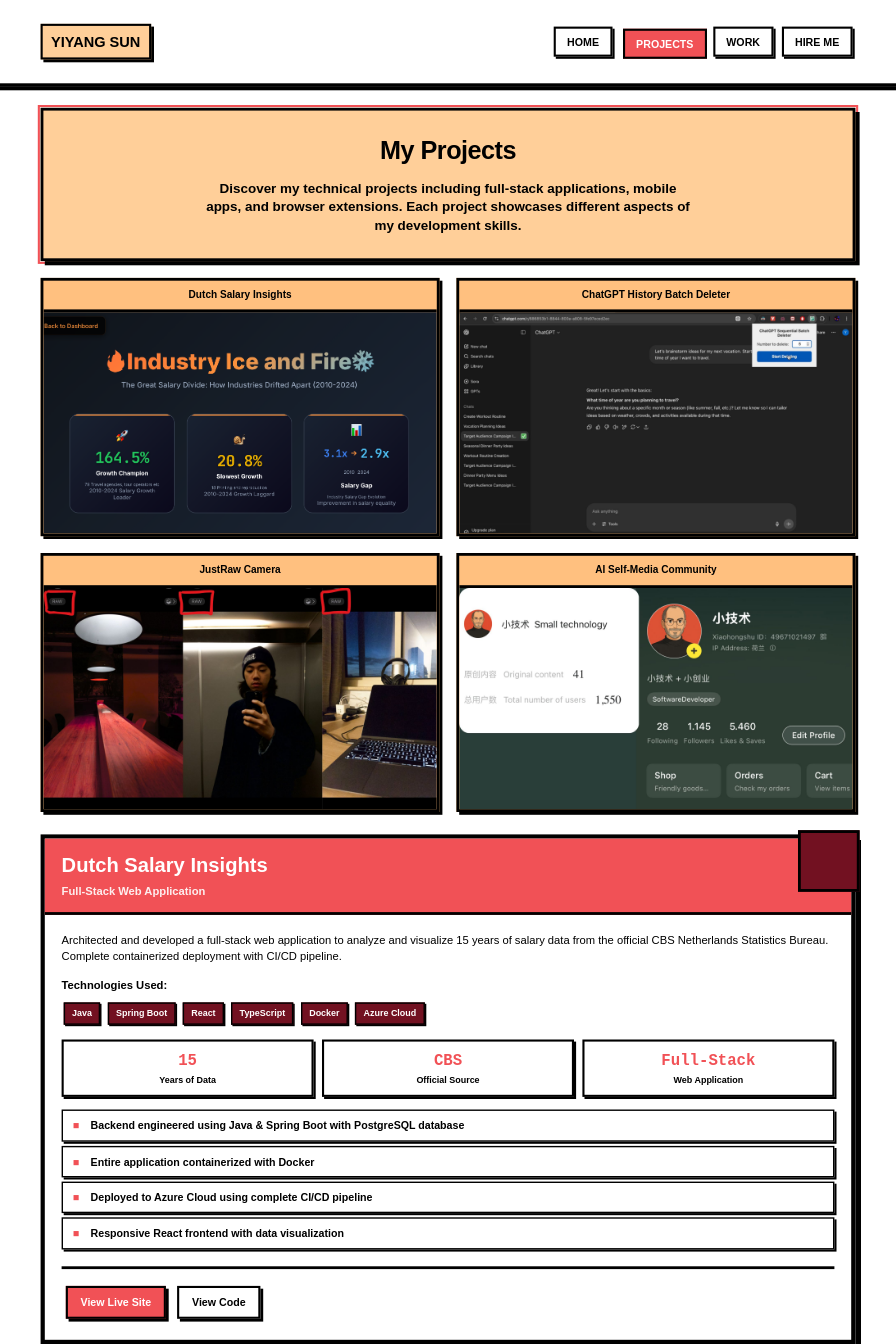
Repository: miloyiyangsun/yiyangsun.github.io
Page: .superdesign/design_iterations/yiyang_projects_v2.html
These files come from the project's save history. The page is drawn as it stood at one moment and after the next save; the edit follows.
The browser window is 1280 px wide. The pictures show the part of the page from y = 0 to 1920 px (the page is 4403 px tall), at 70% of full size.

Above is the page before, as saved 2025-09-03 22:29:40.

### .superdesign/design_iterations/yiyang_projects_v2.html
<!DOCTYPE html>
<html lang="en">
  <head>
    <meta charset="UTF-8" />
    <meta name="viewport" content="width=device-width, initial-scale=1.0" />
    <title>Projects - Yiyang Sun [Neo-Brutalist Portfolio]</title>
    <meta
      name="description"
      content="Technical projects by Yiyang Sun including full-stack applications, mobile apps, and browser extensions. Neo-brutalist design showcase."
    />

    <!-- Neo-Brutalist Theme -->
    <link rel="stylesheet" href="brutalist_theme_v2.css" />

    <style>
      /* Projects-specific brutal styles */
      body {
        padding-top: 120px;
        background: #ffffff;
      }

      .main-container {
        max-width: 1200px;
        margin: 0 auto;
        padding: 18px;
      }

      /* Navigation Layout - Right Align */
      .brutalist-nav .main-container {
        display: flex;
        justify-content: space-between;
        align-items: center;
      }

      .nav-links {
        display: flex;
        gap: 4px;
      }

      /* Navigation Brand - Brutalist */
      .nav-brand {
        background: #ffcf99;
        border: 3px solid #000000;
        padding: 8px 12px;
        box-shadow: 4px 4px 0 #000000;
        font-weight: 900;
      }

      /* Project Navigation - Brutal Cards */
      .project-nav {
        display: grid;
        grid-template-columns: repeat(2, 1fr);
        gap: 24px;
        margin: 24px 0;
      }

      .project-nav-item {
        background: #ffc07f;
        border: 4px solid #000000;
        padding: 0;
        text-align: center;
        text-decoration: none;
        color: #000000;
        font-weight: 900;
        box-shadow: 4px 4px 0 #000000;
        cursor: pointer;
        display: flex;
        flex-direction: column;
        overflow: hidden;
      }

      .project-nav-item img {
        width: 100%;
        aspect-ratio: 16/9;
        object-fit: cover;
        flex: 0 0 auto;
      }

      .project-nav-item .nav-title {
        padding: 12px 8px;
        font-size: 0.9rem;
        flex: 0 0 auto;
        display: flex;
        align-items: center;
        justify-content: center;
        border-bottom: 4px solid #000000;
        min-height: 44px;
        line-height: 1.2;
      }

      .project-nav-item:hover,
      .project-nav-item.active {
        background: #f15156;
        color: #ffffff;
        transform: translate(-2px, -2px);
        box-shadow: 6px 6px 0 #000000;
      }

      .project-nav-item:hover .nav-title,
      .project-nav-item.active .nav-title {
        color: #ffffff;
      }

      /* Project Card - Brutal */
      .project-card {
        background: #ffffff;
        border: 6px solid #000000;
        margin: 32px 0;
        box-shadow: 8px 8px 0 #000000;
        position: relative;
        overflow: visible;
        transition: all 0.15s ease-out;
        cursor: pointer;
      }

      .project-card:hover {
        transform: translate(-4px, -4px);
        box-shadow: 12px 12px 0 #000000;
        background: #ffc07f;
      }

      /* Header保持深色背景确保白色文字可见 */
      .project-card:hover .project-header {
        background: #721121;
        color: #ffffff;
      }

      .project-card:nth-child(even):hover {
        background: #f15156;
        color: #ffffff;
      }

      .project-card:nth-child(even):hover .project-header {
        background: #a5402d;
        color: #ffffff;
      }

      .project-card::before {
        content: "";
        position: absolute;
        top: -12px;
        right: -12px;
        width: 80px;
        height: 80px;
        background: #721121;
        border: 4px solid #000000;
        z-index: 1;
      }

      .project-card:nth-child(even) {
        background: #ffcf99;
      }

      .project-card:nth-child(even)::before {
        background: #a5402d;
      }

      .project-header {
        background: #f15156;
        color: #ffffff;
        padding: 18px 24px;
        border-bottom: 4px solid #000000;
      }

      .project-title {
        font-size: 1.8rem;
        font-weight: 900;
        margin: 0 0 6px 0;
        scroll-margin-top: 170px;
      }

      .project-subtitle {
        font-size: 1rem;
        font-weight: 700;
        opacity: 0.9;
      }

      .project-content {
        padding: 24px;
      }

      .project-description {
        font-size: 1rem;
        line-height: 1.5;
        margin-bottom: 18px;
        font-weight: 500;
      }

      /* Tech Stack - Brutal */
      .tech-stack {
        margin: 18px 0;
      }

      .tech-label {
        font-weight: 900;
        margin-bottom: 10px;
        font-size: 1rem;
      }

      .tech-item {
        display: inline-block;
        background: #721121;
        color: #ffffff;
        padding: 5px 10px;
        margin: 3px;
        border: 2px solid #000000;
        font-weight: 700;
        font-size: 0.8rem;
        box-shadow: 2px 2px 0 #000000;
      }

      /* Project Stats - Brutal */
      .project-stats {
        display: grid;
        grid-template-columns: repeat(auto-fit, minmax(120px, 1fr));
        gap: 12px;
        margin: 18px 0;
      }

      .stat-box {
        background: #ffffff;
        border: 3px solid #000000;
        padding: 12px;
        text-align: center;
        box-shadow: 3px 3px 0 #000000;
        transition: all 0.15s ease-out;
        cursor: pointer;
      }

      .stat-box:hover {
        transform: translate(-3px, -3px);
        box-shadow: 6px 6px 0 #000000;
        background: #ffc07f;
        color: #000000;
      }

      .stat-number {
        font-family: "Courier New", monospace;
        font-size: 1.4rem;
        font-weight: 900;
        color: #f15156;
        display: block;
      }

      .stat-label {
        font-weight: 700;
        font-size: 0.8rem;
        margin-top: 4px;
      }

      /* Action Buttons - Brutal */
      .project-actions {
        margin-top: 24px;
        padding-top: 18px;
        border-top: 4px solid #000000;
      }

      .action-button {
        display: inline-block;
        background: #f15156;
        color: #ffffff;
        padding: 10px 18px;
        margin: 6px;
        border: 3px solid #000000;
        text-decoration: none;
        font-weight: 900;
        box-shadow: 4px 4px 0 #000000;
      }

      .action-button:hover {
        background: #a5402d;
        transform: translate(-1px, -1px);
        box-shadow: 5px 5px 0 #000000;
      }

      .action-button.secondary {
        background: #ffffff;
        color: #000000;
        border-color: #000000;
      }

      .action-button.secondary:hover {
        background: #ffc07f;
      }

      /* Feature List - Brutal */
      .feature-list {
        list-style: none;
        margin: 18px 0;
      }

      .feature-item {
        background: #ffffff;
        border: 2px solid #000000;
        padding: 10px 14px;
        margin: 6px 0;
        position: relative;
        font-weight: 600;
        box-shadow: 3px 3px 0 #000000;
      }

      .feature-item::before {
        content: "■";
        color: #f15156;
        font-weight: 900;
        margin-right: 12px;
      }

      /* Mobile responsive */
      @media (max-width: 768px) {
        .project-nav {
          grid-template-columns: 1fr;
          gap: 18px;
        }

        .project-nav-item .nav-title {
          font-size: 0.85rem;
          padding: 10px 6px;
          min-height: 40px;
        }

        .project-card {
          margin: 24px 0;
        }

        .project-header {
          padding: 14px 18px;
        }

        .project-title {
          font-size: 1.5rem;
        }

        .project-content {
          padding: 18px;
        }

        .project-stats {
          grid-template-columns: repeat(2, 1fr);
        }
      }
    </style>
  </head>

  <body>
    <!-- Brutalist Navigation -->
    <nav class="brutalist-nav">
      <div class="main-container">
        <strong class="nav-brand" style="font-size: 1.3rem">YIYANG SUN</strong>
        <div class="nav-links">
          <a href="yiyang_home_v2.html" class="brutalist-nav-item">HOME</a>
          <a href="yiyang_projects_v2.html" class="brutalist-nav-item active"
            >PROJECTS</a
          >
          <a href="yiyang_work_v2.html" class="brutalist-nav-item">WORK</a>
          <a href="yiyang_hireme_v2.html" class="brutalist-nav-item">HIRE ME</a>
        </div>
      </div>
    </nav>

    <!-- Main Content -->
    <main class="main-container">
      <!-- Page Header -->
      <section class="brutalist-hero">
        <div class="brutalist-text-center">
          <h1 class="title-huge" style="margin-bottom: 16px">My Projects</h1>
          <p
            style="
              font-size: 1.2rem;
              font-weight: 700;
              max-width: 700px;
              margin: 0 auto;
            "
          >
            Discover my technical projects including full-stack applications,
            mobile apps, and browser extensions. Each project showcases
            different aspects of my development skills.
          </p>
        </div>
      </section>

      <!-- Project Navigation -->
      <section>
        <div class="project-nav">
          <a
            href="#dutch-salary"
            class="project-nav-item"
            onclick="scrollToProject('dutch-salary')"
          >
            <div class="nav-title">Dutch Salary Insights</div>
            <img
              src="../../assets/images/projects/dutch-salary-preview.jpg"
              alt="Dutch Salary Insights Preview"
            />
          </a>
          <a
            href="#chatgpt-deleter"
            class="project-nav-item"
            onclick="scrollToProject('chatgpt-deleter')"
          >
            <div class="nav-title">ChatGPT History Batch Deleter</div>

            <img
              src="../../assets/images/projects/chatgpt-deleter-preview.jpg"
              alt="ChatGPT Deleter Preview"
            />
          </a>
          <a
            href="#justraw-camera"
            class="project-nav-item"
            onclick="scrollToProject('justraw-camera')"
          >
            <div class="nav-title">JustRaw Camera</div>
            <img
              src="../../assets/images/projects/justraw-camera-preview.jpg"
              alt="JustRaw Camera Preview"
            />
          </a>
          <a
            href="#ai-community"
            class="project-nav-item"
            onclick="scrollToProject('ai-community')"
          >
            <div class="nav-title">AI Self-Media Community</div>
            <img
              src="../../assets/images/projects/ai-community-preview.jpg"
              alt="AI Community Preview"
            />
          </a>
        </div>
      </section>

      <!-- Project 1: Dutch Salary Insights -->
      <section class="project-card">
        <div class="project-header">
          <div class="project-title" id="dutch-salary">
            Dutch Salary Insights
          </div>
          <div class="project-subtitle">Full-Stack Web Application</div>
        </div>
        <div class="project-content">
          <p class="project-description">
            Architected and developed a full-stack web application to analyze
            and visualize 15 years of salary data from the official CBS
            Netherlands Statistics Bureau. Complete containerized deployment
            with CI/CD pipeline.
          </p>

          <div class="tech-stack">
            <div class="tech-label">Technologies Used:</div>
            <span class="tech-item">Java</span>
            <span class="tech-item">Spring Boot</span>
            <span class="tech-item">React</span>
            <span class="tech-item">TypeScript</span>
            <span class="tech-item">Docker</span>
            <span class="tech-item">Azure Cloud</span>
          </div>

          <div class="project-stats">
            <div class="stat-box">
              <span class="stat-number">15</span>
              <span class="stat-label">Years of Data</span>
            </div>
            <div class="stat-box">
              <span class="stat-number">CBS</span>
              <span class="stat-label">Official Source</span>
            </div>
            <div class="stat-box">
              <span class="stat-number">Full-Stack</span>
              <span class="stat-label">Web Application</span>
            </div>
          </div>

          <ul class="feature-list">
            <li class="feature-item">
              Backend engineered using Java & Spring Boot with PostgreSQL
              database
            </li>
            <li class="feature-item">
              Entire application containerized with Docker
            </li>
            <li class="feature-item">
              Deployed to Azure Cloud using complete CI/CD pipeline
            </li>
            <li class="feature-item">
              Responsive React frontend with data visualization
            </li>
          </ul>

          <div class="project-actions">
            <a
              href="https://frontend-webapp-16283450340.azurewebsites.net"
              class="action-button"
              >View Live Site</a
            >
            <a
              href="https://github.com/miloyiyangsun/DutchSalaryToday"
              class="action-button secondary"
              >View Code</a
            >
          </div>
        </div>
      </section>

      <!-- Project 2: ChatGPT Deleter -->
      <section class="project-card">
        <div class="project-header">
          <div class="project-title" id="chatgpt-deleter">
            ChatGPT History Batch Deleter
          </div>
          <div class="project-subtitle">Browser Extension</div>
        </div>
        <div class="project-content">
          <p class="project-description">
            Developed and published a practical Chrome Extension that enhances
            user workflow by enabling the batch deletion of ChatGPT conversation
            histories. Reverse-engineered web application API calls.
          </p>

          <div class="tech-stack">
            <div class="tech-label">Technologies Used:</div>
            <span class="tech-item">JavaScript</span>
            <span class="tech-item">Chrome Extension</span>
            <span class="tech-item">Web APIs</span>
            <span class="tech-item">API Reverse Engineering</span>
          </div>

          <div class="project-stats">
            <div class="stat-box">
              <span class="stat-number">11+</span>
              <span class="stat-label">Installations</span>
            </div>
            <div class="stat-box">
              <span class="stat-number">Published</span>
              <span class="stat-label">Chrome Store</span>
            </div>
            <div class="stat-box">
              <span class="stat-number">Live</span>
              <span class="stat-label">Status</span>
            </div>
          </div>

          <ul class="feature-list">
            <li class="feature-item">
              Reverse-engineered the web application's API calls
            </li>
            <li class="feature-item">
              Implemented core batch deletion functionality
            </li>
            <li class="feature-item">
              Published and available on Chrome Web Store
            </li>
            <li class="feature-item">
              Privacy-focused design for user workflow enhancement
            </li>
          </ul>

          <div class="project-actions">
            <a
              href="https://chromewebstore.google.com/detail/olpolmhhcgkfboeogjpkknendbfjfied"
              class="action-button"
              >Chrome Store</a
            >
            <a
              href="https://github.com/miloyiyangsun/Batch-Deleter-for-ChatGPT-History"
              class="action-button secondary"
              >View Code</a
            >
          </div>
        </div>
      </section>

      <!-- Project 3: JustRaw Camera -->
      <section class="project-card">
        <div class="project-header">
          <div class="project-title" id="justraw-camera">JustRaw Camera</div>
          <div class="project-subtitle">iOS Application</div>
        </div>
        <div class="project-content">
          <p class="project-description">
            Created a minimalist iOS camera application from scratch in Swift,
            addressing a niche market of users seeking to bypass Apple's default
            computational photography for greater creative control.
          </p>

          <div class="tech-stack">
            <div class="tech-label">Technologies Used:</div>
            <span class="tech-item">Swift</span>
            <span class="tech-item">iOS Development</span>
            <span class="tech-item">Camera Framework</span>
            <span class="tech-item">AVFoundation</span>
          </div>

          <div class="project-stats">
            <div class="stat-box">
              <span class="stat-number">Swift</span>
              <span class="stat-label">Language</span>
            </div>
            <div class="stat-box">
              <span class="stat-number">iOS</span>
              <span class="stat-label">Platform</span>
            </div>
            <div class="stat-box">
              <span class="stat-number">Open</span>
              <span class="stat-label">Source</span>
            </div>
          </div>

          <ul class="feature-list">
            <li class="feature-item">
              Minimalist design focused on creative control
            </li>
            <li class="feature-item">
              Bypasses Apple's default computational photography
            </li>
            <li class="feature-item">Built from scratch in Swift for iOS</li>
            <li class="feature-item">
              Addresses niche market of photography enthusiasts
            </li>
          </ul>

          <div class="project-actions">
            <a
              href="https://github.com/miloyiyangsun/JustRaw"
              class="action-button"
              >GitHub Repository</a
            >
            <a
              href="https://github.com/miloyiyangsun"
              class="action-button secondary"
              >More Projects</a
            >
          </div>
        </div>
      </section>

      <!-- Project 4: AI Community -->
      <section class="project-card">
        <div class="project-header">
          <div class="project-title" id="ai-community">
            AI Self-Media Community
          </div>
          <div class="project-subtitle">
            Technical Leadership & Knowledge Sharing
          </div>
        </div>
        <div class="project-content">
          <p class="project-description">
            Founded and cultivated an engaged AI-focused online community,
            publishing over 60 technical articles and posts to foster knowledge
            sharing on recent AI advancements across Chinese social platforms.
          </p>

          <div class="tech-stack">
            <div class="tech-label">Skills Used:</div>
            <span class="tech-item">Technical Writing</span>
            <span class="tech-item">Community Management</span>
            <span class="tech-item">Content Strategy</span>
            <span class="tech-item">Social Media</span>
          </div>

          <div class="project-stats">
            <div class="stat-box">
              <span class="stat-number">2400+</span>
              <span class="stat-label">Followers</span>
            </div>
            <div class="stat-box">
              <span class="stat-number">60+</span>
              <span class="stat-label">Articles Published</span>
            </div>
            <div class="stat-box">
              <span class="stat-number">2</span>
              <span class="stat-label">Platforms</span>
            </div>
          </div>

          <ul class="feature-list">
            <li class="feature-item">
              Published over 60 technical articles on AI advancements
            </li>
            <li class="feature-item">
              Grew community to 2,400+ followers and subscribers
            </li>
            <li class="feature-item">
              Active on Xiaohongshu and WeChat platforms
            </li>
            <li class="feature-item">
              Foster knowledge sharing in Chinese AI community
            </li>
          </ul>

          <div class="project-actions">
            <a
              href="https://www.xiaohongshu.com/user/profile/6876efd1000000000d03c562"
              class="action-button"
              target="_blank"
              >Vist the Community</a
            >
            <a
              href="https://github.com/miloyiyangsun"
              class="action-button secondary"
              >More Projects</a
            >
          </div>
        </div>
      </section>
    </main>

    <!-- Footer -->
    <footer
      style="
        background: #000000;
        color: #ffffff;
        padding: 32px;
        text-align: center;
        border-top: 4px solid #f15156;
      "
    >
      <div class="main-container">
        <p style="font-weight: 700; margin-bottom: 8px">
          &copy; 2025 YIYANG SUN. BUILT WITH BRUTALIST DESIGN PRINCIPLES.
        </p>
        <p style="font-size: 0.9rem">
          Designed and developed with neo-brutalism • Amsterdam, Netherlands
        </p>
      </div>
    </footer>

    <script>
      // Minimal JavaScript for navigation
      function scrollToProject(projectId) {
        document.getElementById(projectId).scrollIntoView({
          behavior: "smooth",
          block: "start",
        });

        // Update active state
        document.querySelectorAll(".project-nav-item").forEach((item) => {
          item.classList.remove("active");
        });
        event.target.classList.add("active");
      }

      // Button press effects
      document
        .querySelectorAll(".action-button, .project-nav-item")
        .forEach((element) => {
          element.addEventListener("mousedown", function () {
            this.style.transform = "translate(2px, 2px)";
            this.style.boxShadow = "none";
          });

          element.addEventListener("mouseup", function () {
            this.style.transform = "";
            this.style.boxShadow = "";
          });
        });

      console.log("🚀 PROJECTS PAGE - NEO-BRUTALIST DESIGN LOADED");
    </script>
  </body>
</html>

Loaded but not shown: .superdesign/design_iterations/brutalist_theme_v2.css (336 lines, source omitted)

After the next save:
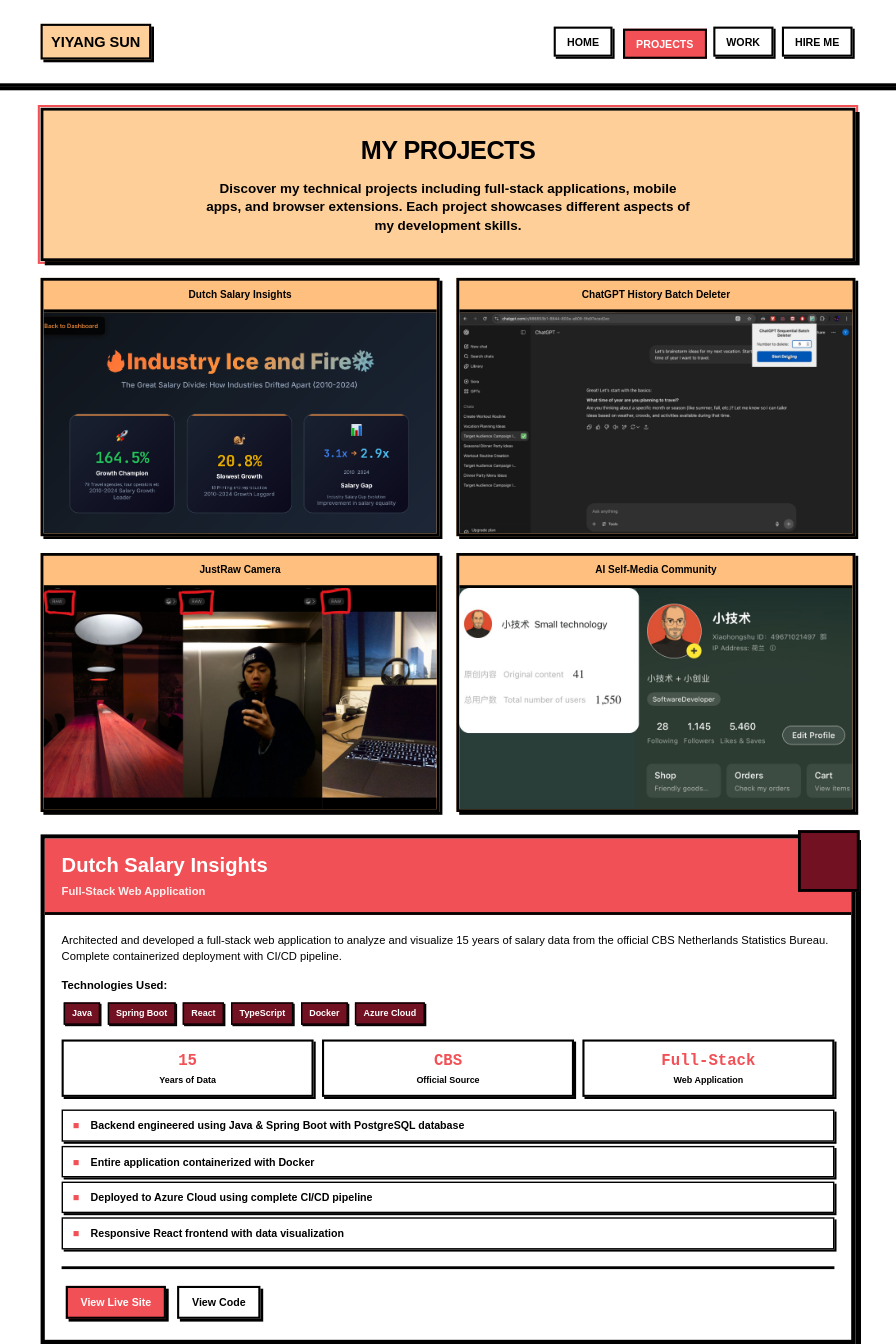
Saved 13 min 20 s later.
--- a/.superdesign/design_iterations/yiyang_projects_v2.html
+++ b/.superdesign/design_iterations/yiyang_projects_v2.html
@@ -234,6 +234,15 @@
         color: #000000;
       }
 
+      /* 确保偶数卡片内的stat-box不受父容器白色文字影响 */
+      .project-card:nth-child(even) .stat-box {
+        color: #000000;
+      }
+
+      .project-card:nth-child(even) .stat-box:hover {
+        color: #000000;
+      }
+
       .stat-number {
         font-family: "Courier New", monospace;
         font-size: 1.4rem;
@@ -297,6 +306,7 @@
         position: relative;
         font-weight: 600;
         box-shadow: 3px 3px 0 #000000;
+        color: #000000;
       }
 
       .feature-item::before {
@@ -363,7 +373,7 @@
       <!-- Page Header -->
       <section class="brutalist-hero">
         <div class="brutalist-text-center">
-          <h1 class="title-huge" style="margin-bottom: 16px">My Projects</h1>
+          <h1 class="title-huge" style="margin-bottom: 16px">MY PROJECTS</h1>
           <p
             style="
               font-size: 1.2rem;
